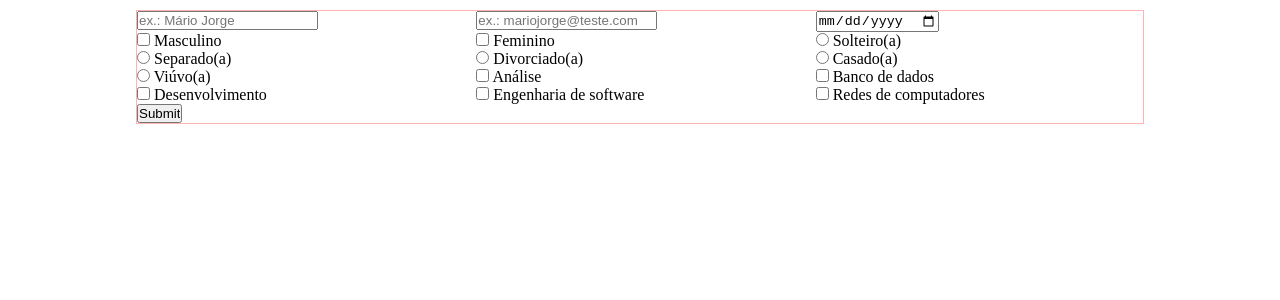
Repository: mjRibeiroTriscal/UVA_Projects
Page: Proj_A1_AVA2_2020_1/index.html
The author's editor kept a copy of each file at every save. The page is drawn from the files as they stood at one save, then again after the next save.
The browser window is 1280 px wide. The pictures show the whole page.

Above is the page before, as saved 2020-03-13 11:23:14.

After the next save:
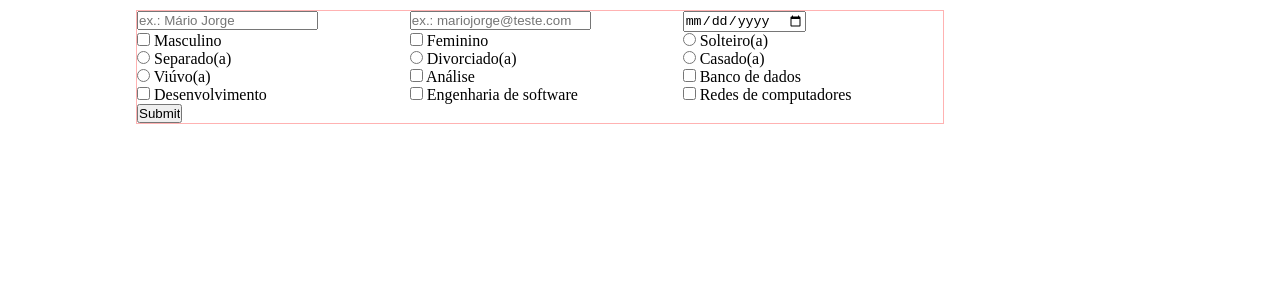
Saved 45 s later.
--- a/Proj_A1_AVA2_2020_1/style.css
+++ b/Proj_A1_AVA2_2020_1/style.css
@@ -23,6 +23,10 @@ section {
     width: 80%;
 }
 
+section form.gridContainer {
+    width: 80%;
+}
+
 input {
     /* border: none; */
     outline: none;
